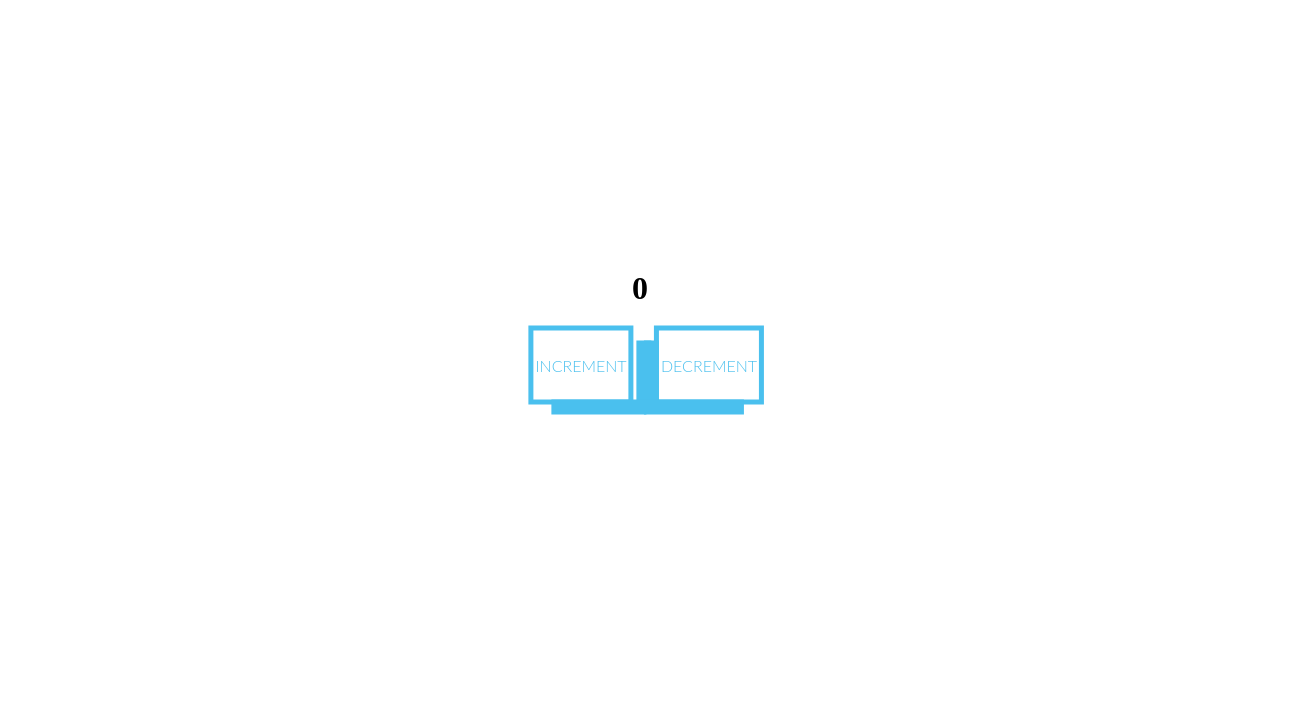
Repository: Ellisvelandia/react_introduction_test
Page: /
The author's editor kept a copy of each file at every save. The page is drawn from the files as they stood at one save, then again after the next save.
The browser window is 1280 px wide. The page is 1280 px wide, then 1298 px, then 1280 px, so the pictures cover 1298 px, including what lies to the right of the window. The pictures show the whole page.
The project was rebuilt for these pictures with package versions that can differ from the ones it lists, and the page was loaded fresh each time. Also part of the build but not shown: src/index.css.

Above is the page before, as saved 2022-08-15 20:14:30.

After the next save:
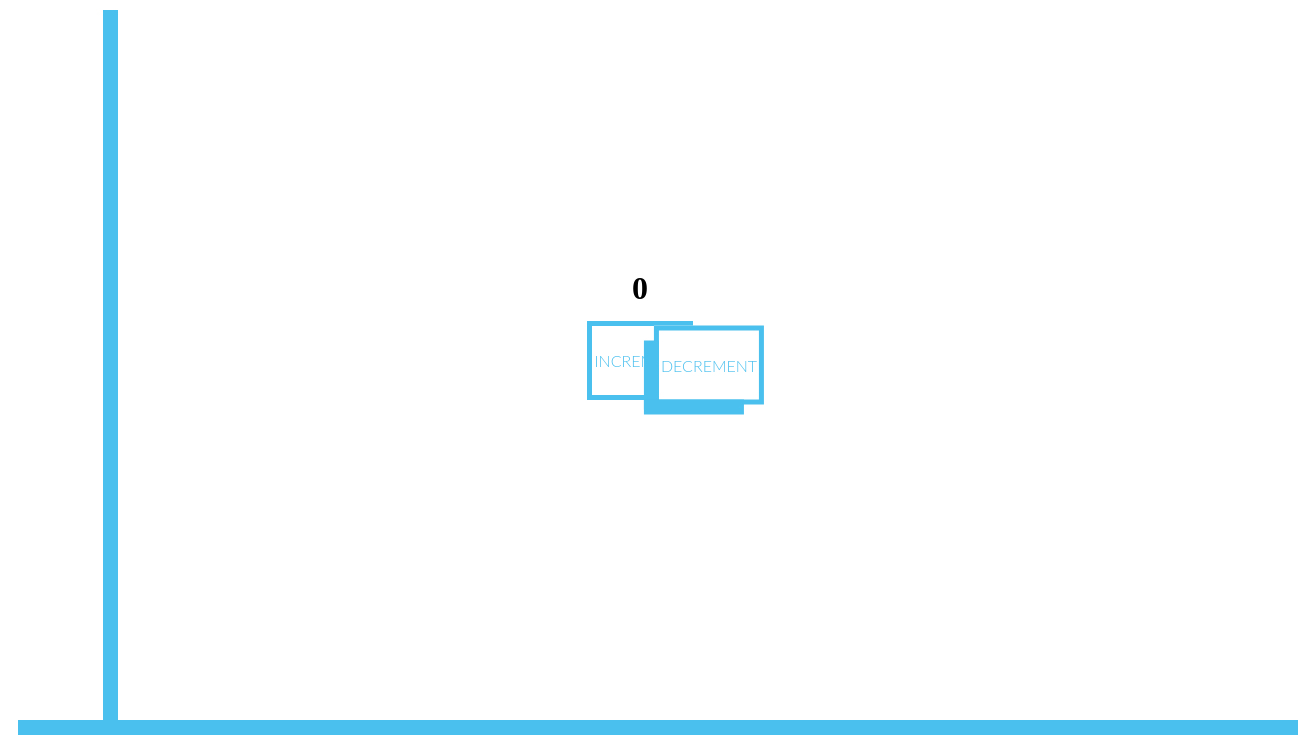
Saved 44 s later.
--- a/src/App.scss
+++ b/src/App.scss
@@ -33,11 +33,7 @@
 
 
 .button_I {
-  position: absolute;
-  left: 45%;
-  top: 50%;
-  transform: translateX(-50%) translateY(-50%);
- margin-right: 50px;
+
   background: #fff;
   max-width: 120px;
   padding: 25px 2px;

After the save that followed:
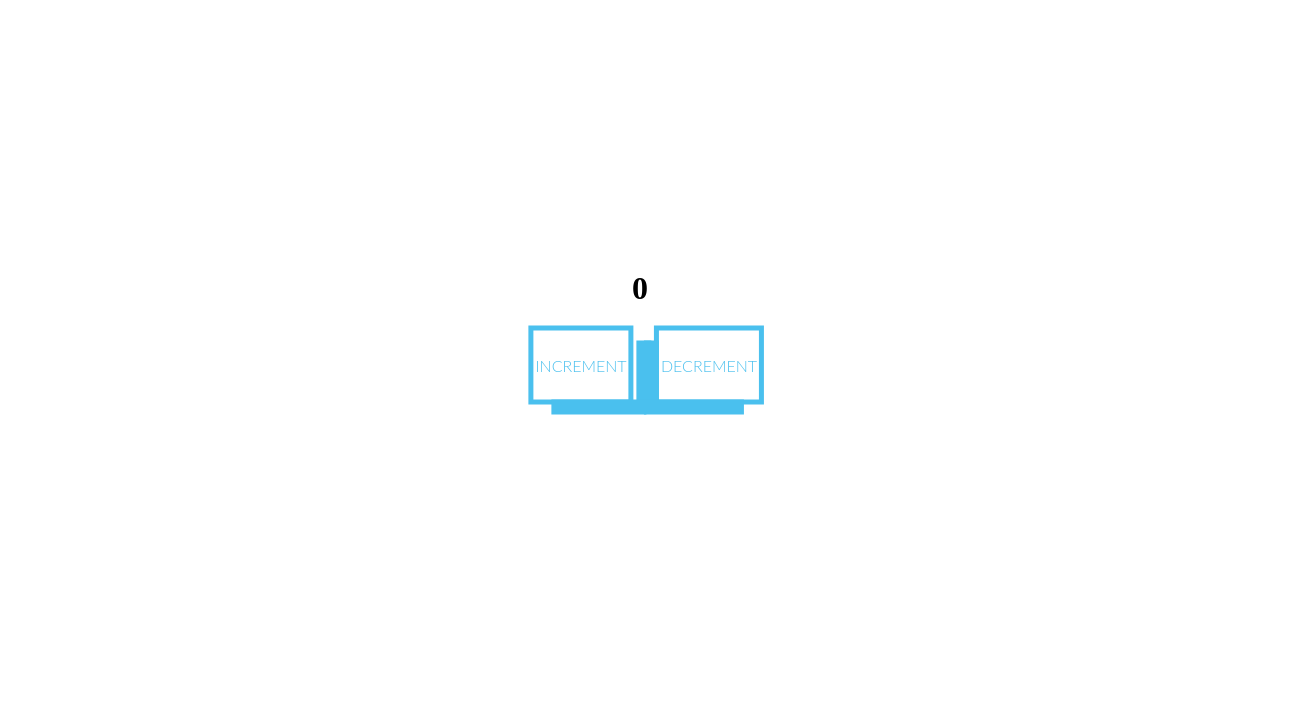
Saved 9 s later.
--- a/src/App.scss
+++ b/src/App.scss
@@ -33,7 +33,11 @@
 
 
 .button_I {
-
+  position: absolute;
+  left: 45%;
+  top: 50%;
+  transform: translateX(-50%) translateY(-50%);
+ margin-right: 50px;
   background: #fff;
   max-width: 120px;
   padding: 25px 2px;
